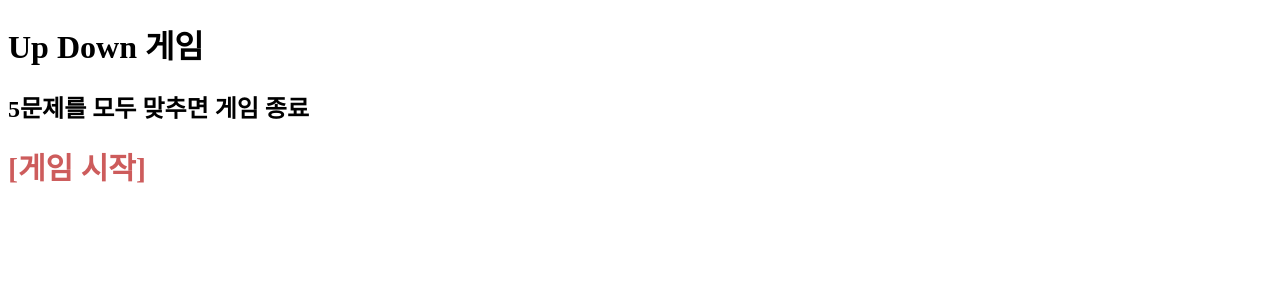
Repository: jjuhye/JSPWorkspace
Page: http://localhost/basic/02_requestUpDdown/index.jsp
The author's editor kept a copy of each file at every save. The page is drawn from the files as they stood at one save, then again after the next save.
The browser window is 1280 px wide. The pictures show the whole page.
The page is served by Tomcat 9. Other server files are loaded and not shown.

Above is the page before, as saved 2023-02-21 06:59:15.

### basic/src/main/webapp/02_requestUpDdown/index.jsp
<%@ page language="java" contentType="text/html; charset=UTF-8"
    pageEncoding="UTF-8"%>
<!DOCTYPE html>
<html>
<head>
<meta charset="UTF-8">
<title>Insert title here</title>
<style>
a{
color: indianred;
font-size: 30px;
font-weight:bold;
text-decoration-line:none;
}

</style>
</head>
<body>
<h1>Up Down 게임</h1>
<h2>5문제를 모두 맞추면 게임 종료</h2>
<a href="updownGamePlaypro.jsp?result=0">[게임 시작]</a>
</body>
</html>

After the next save:
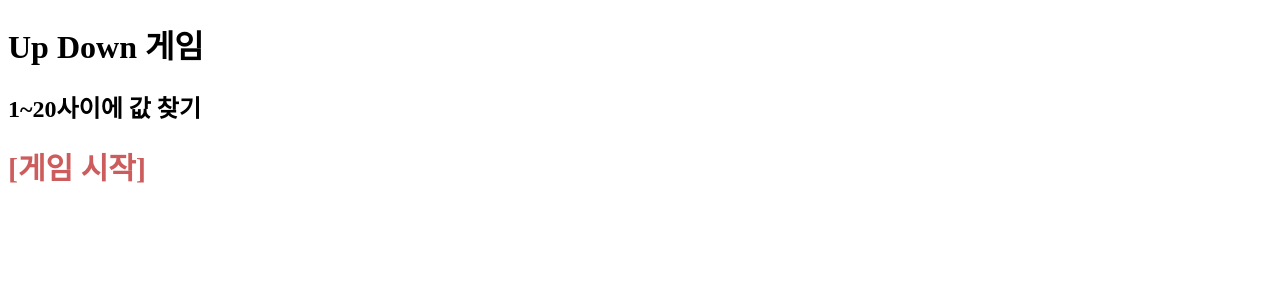
Saved 4 min 8 s later.
--- a/basic/src/main/webapp/02_requestUpDdown/index.jsp
+++ b/basic/src/main/webapp/02_requestUpDdown/index.jsp
@@ -17,7 +17,7 @@ text-decoration-line:none;
 </head>
 <body>
 <h1>Up Down 게임</h1>
-<h2>5문제를 모두 맞추면 게임 종료</h2>
+<h2>1~20사이에 값 찾기</h2>
 <a href="updownGamePlaypro.jsp?result=0">[게임 시작]</a>
 </body>
 </html>
